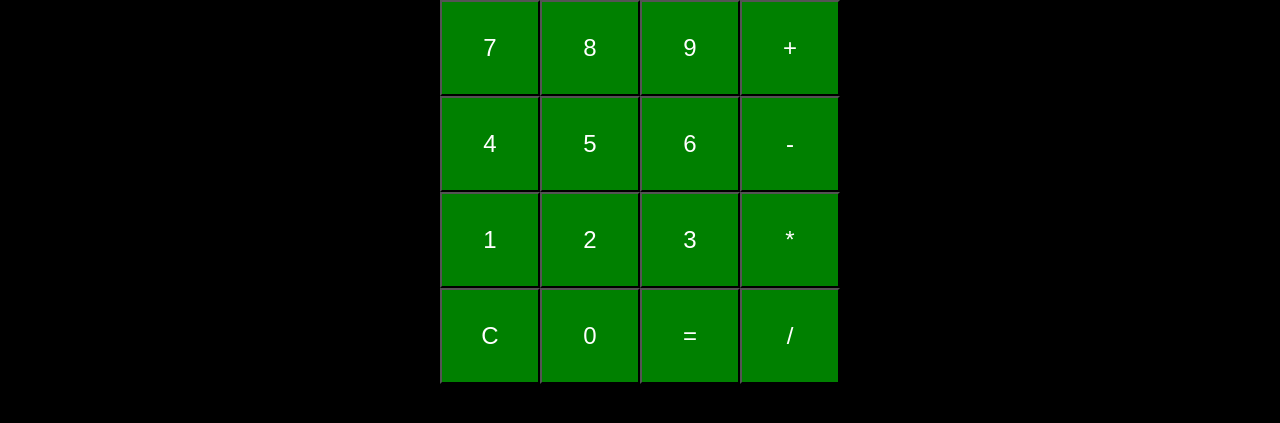
Repository: rajratangm/xcalculator
Page: /
An editor plug-in stored every save of this project. The page is shown before and after the next save, followed by the edit.
The browser window is 1280 px wide. The pictures show the whole page.
The project was rebuilt for these pictures with package versions that can differ from the ones it lists, and the page was loaded fresh each time. Also part of the build but not shown: vite.config.js.

Above is the page before, as saved 2024-04-02 19:58:26.

After the next save:
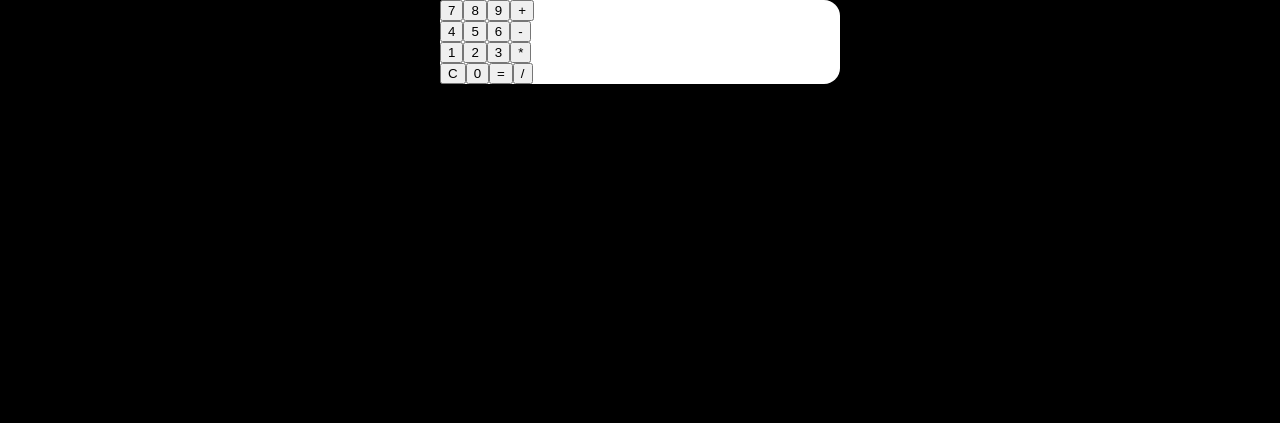
Saved 5 s later.
--- a/src/Component/Button/Button.jsx
+++ b/src/Component/Button/Button.jsx
@@ -1,4 +1,4 @@
-import './Button.css'
+// import './Button.css'
 
 
 const Button=({symbol, handlleClick})=>{
